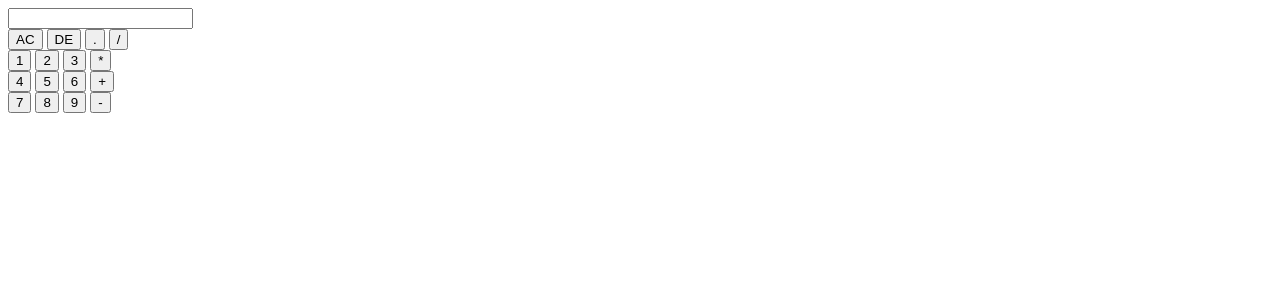
Repository: jerrys-arch/web-calculator
Page: indwx.html
An editor plug-in stored every save of this project. The page is shown before and after a run of saves, followed by the edit.
The browser window is 1280 px wide. The pictures show the whole page.

Above is the page before, as saved 2024-11-30 04:50:53.

After the next 6 saves:
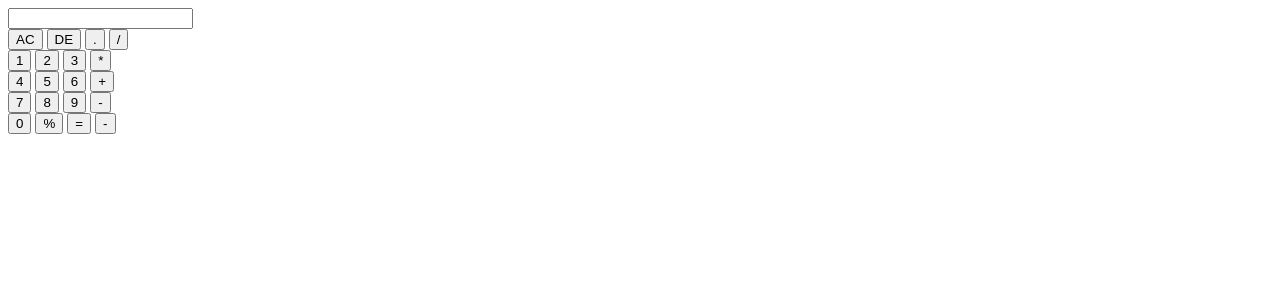
The 6 saves are shown as one change because they came seconds apart.
The last was saved 22 s later.
--- a/indwx.html
+++ b/indwx.html
@@ -35,6 +35,12 @@
                 <input type="button" value="9">
                 <input type="button" value="-">
             </div>
+            <div>
+                <input type="button" value="0">
+                <input type="button" value="%">
+                <input type="button" value="=">
+                <input type="button" value="-">
+            </div>
         </div>
     </div>
 </body>
